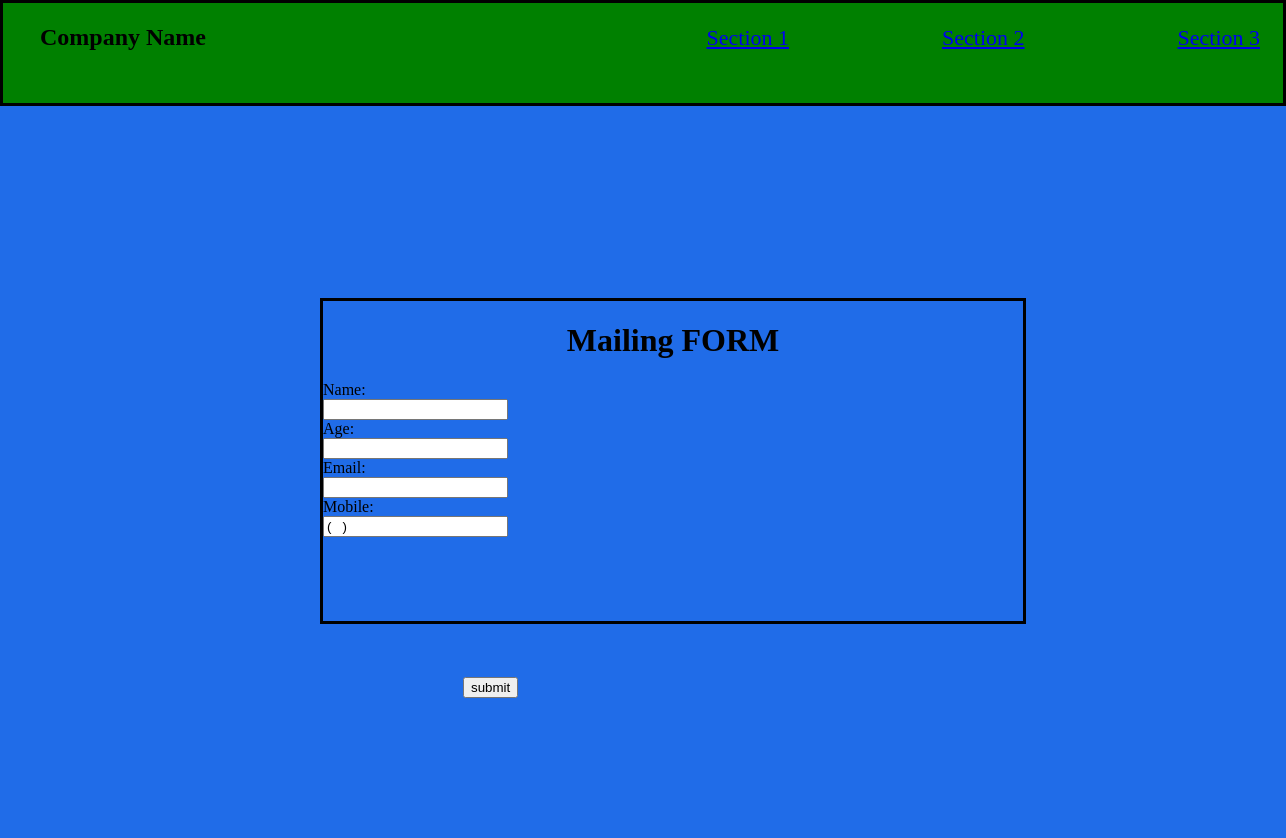
Repository: helloneibor/Project2
Page: section3.html
The author's editor kept a record of every edit. The page is drawn from the files as they stood at one moment, then again after the next edit.
The browser window is 1280 px wide. The page is 1286 px wide, so the pictures cover 1286 px, including what lies to the right of the window. The pictures show the whole page.

Above is the page before.

### section3.html
<!DOCTYPE html>
<html lang="en">
<head>
    <meta charset="UTF-8">
    <meta name="viewport" content="width=device-width, initial-scale=1.0">
    <meta http-equiv="X-UA-Compatible" content="ie=edge">
    <link rel="stylesheet"href="css/main.css"type="text/css" />
    <title> Project 2 </title>
</head>
<body>
        <header>
            <h2>Company Name</h2>
            <nav class="header_nav">
                <ul>
                    <li class="li1"><a href="section1.html">Section 1</a></li>
                    <li class="li1"><a href="section2.html">Section 2</a></li>
                    <li class="li1"><a href="section3.html">Section 3</a></li>
                </ul>
            </nav>
        </header>
            <form action="https://github.com/helloneibor/Project2" method="post">
                    <h1> Mailing FORM </h1>
                <label for="Name">Name:</label>
                <input class="form_one" type="text" name="Name"/>
                <label for="Age">Age:</label>
                <input class="form_one" type="text" name="Age"/>
                <label for="Email">Email:</label>
                <input class="form_one" type="text" name="Email"/>
                <label for="Mobile">Mobile:</label>
                <input class="form_one" type="text" name="Mobile" value="(   )"/>
                    <input id="submit_one" type="submit" value="submit"/>
                </form>
    </body>
        </html>

### css/main.css
body {
    background-color: #206ce8;
/*    border-style: solid;
    border-color: black;
    border-width: 5px;*/
    margin: 0px;
    padding: 0px;
}

header {
    height: 100px;
    background-color: green;
    border-bottom-color: black;
    border-style: solid;
    border-color: black;
    width: 100%;
    display: inline-block;
}

.header_nav {
    background-color: green;
    display:inline-block;
    width: 75%;
    text-align: right;
    font-size: 22px;
}

.header_nav .li1 {
    display: inline-block;
    width: 15%;
    text-align: right;
    margin-left: 10%;
}

h2 {
    width:20%;
    display: inline-block;
    margin-left: 37px;
}

#footer_head {
    width:20%;
    display: inline-block;
    margin-left: 10px;
}

footer {
    height: 100px;
    background-color: green;
    border-bottom-color: black;
    border-style: solid;
    border-color: black;
    width: 100%;
    display: inline-block;
    margin-top: 33%;
}

.para_footer {
    display:inline-block;
    text-align: right;
    margin-left: 33%;
    margin-right: 0px;
}

.countainer {
    width: 100%;
    height: 100%;
    margin-top: 25%;
}

.col3 {
    width: 20%;
    height: 20%;
    display: inline-block;
}

div {
    display: inline-block;
    width: 14%;
    height: 200px;
    margin-left: 100px;
    border-color: black;
    border-width: 3px;
    border-style: solid;
}

.img_one {
    height: 140px;
    width: 140px;
    margin:3px;
}

.div_foot {
    color: black;
    font-size: 20px;
}

form {
    height: 320px;
    width: 700px;
    border-color: black;
    border-width: 3px;
    border-style: solid;
    margin-left: 25%;
    margin-top: 15%;
}

.form_one {
    display: block;
}

form h1 {
    text-align: center;
    text-decoration: bold;
}

#submit_one {
    margin: 20%;
}

After the next edit:
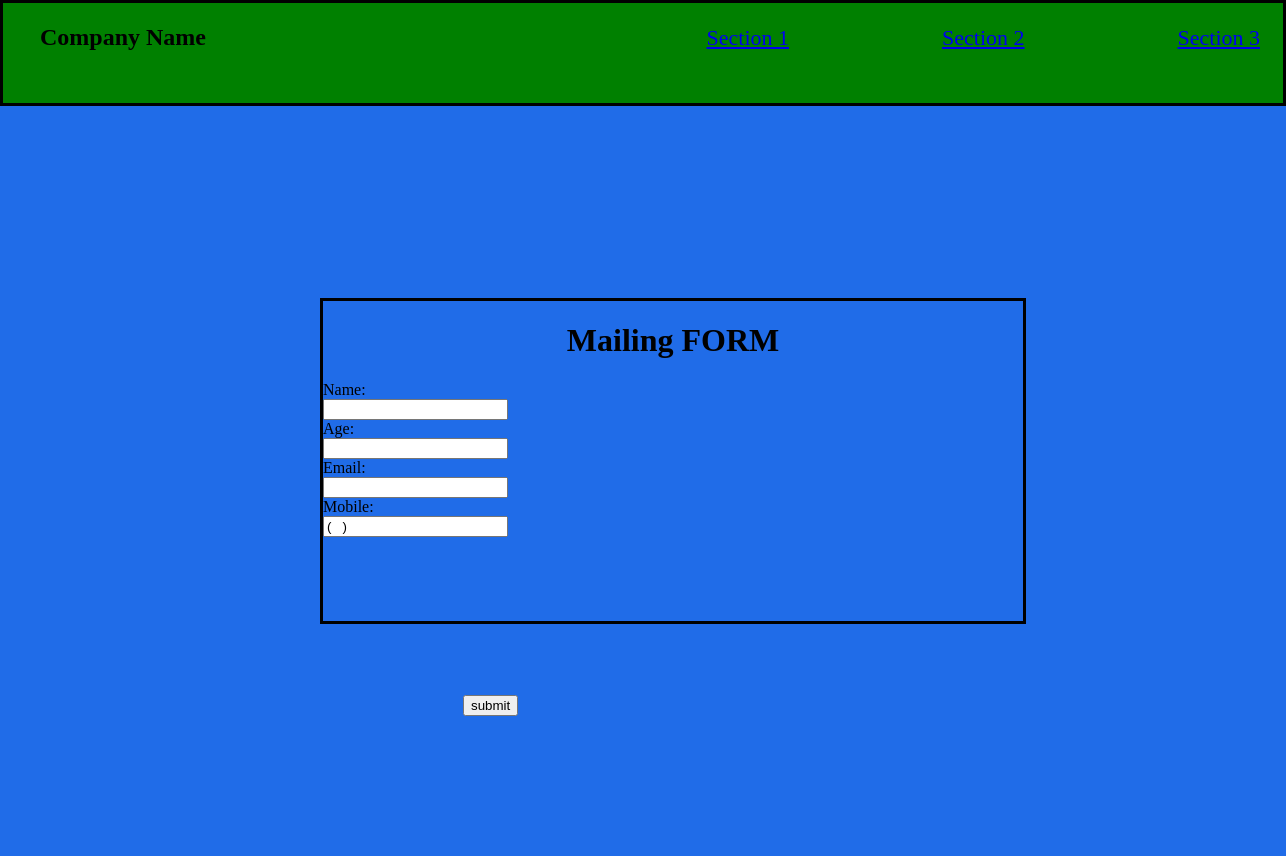
The edit:
--- a/section3.html
+++ b/section3.html
@@ -27,7 +27,7 @@
                 <label for="Email">Email:</label>
                 <input class="form_one" type="text" name="Email"/>
                 <label for="Mobile">Mobile:</label>
-                <input class="form_one" type="text" name="Mobile" value="(   )"/>
+                <input class="form_one" type="text" name="Mobile" value="(   )"/><br>
                     <input id="submit_one" type="submit" value="submit"/>
                 </form>
     </body>
